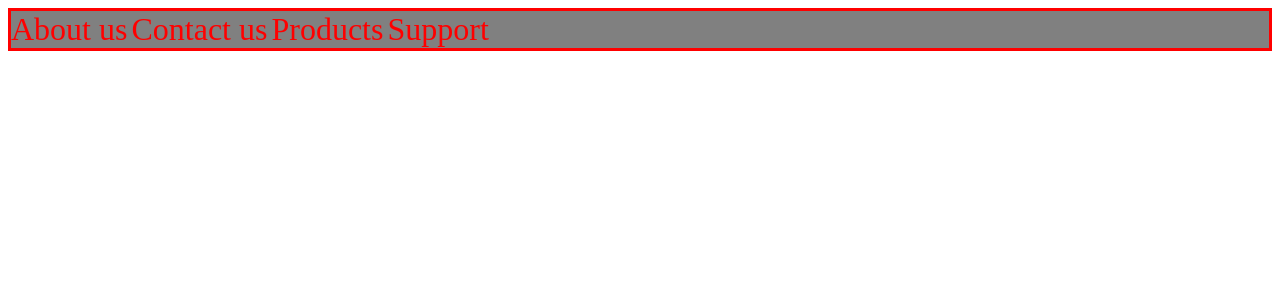
Repository: SrikanthGadde/MaGE-JavaFS
Page: Week-1/Sept1/HTML&CSS/WebContent/Test.html
The author's editor kept a copy of each file at every save. The page is drawn from the files as they stood at one save, then again after the next save.
The browser window is 1280 px wide. The pictures show the whole page.

Above is the page before, as saved 2020-09-01 07:28:32.

### Week-1/Sept1/HTML&CSS/WebContent/Test.html
<!DOCTYPE html>
<html>
<head>
<!-- <meta charset="ISO-8859-1"> -->
<title>Insert title here</title>
 <!-- Property: Value-->
<style>
	a:hover {
  /*background-color: yellow;*/
  color: blue
}
	a{
		/*background-color: orange;*/
		color: red;
		font-size: xx-large;
	}
	div{
	border:solid 3px red;
	background-color: gray;
	}
</style>
</head>
<body>
<div style="align-items:center">
	<a>About us</a>
	<a>Contact us</a>
	<a>Products</a>
	<a>Support</a>
</div>
</body>
</html>

After the next save:
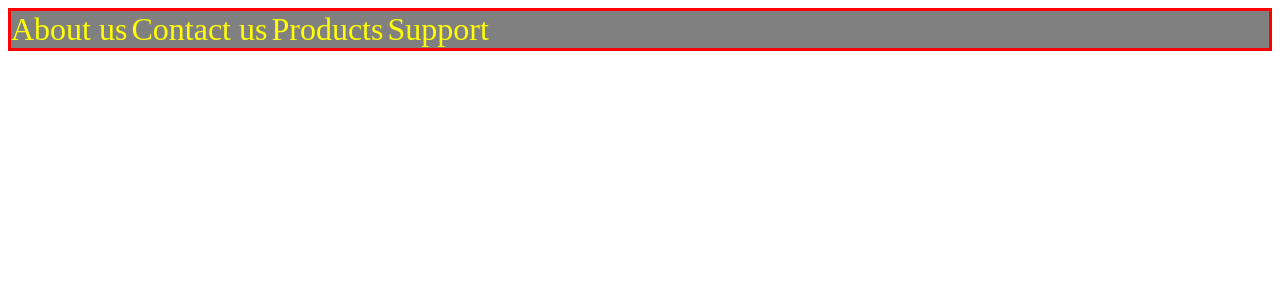
Saved 13 s later.
--- a/Week-1/Sept1/HTML&CSS/WebContent/Test.html
+++ b/Week-1/Sept1/HTML&CSS/WebContent/Test.html
@@ -11,7 +11,7 @@
 }
 	a{
 		/*background-color: orange;*/
-		color: red;
+		color: yellow;
 		font-size: xx-large;
 	}
 	div{
